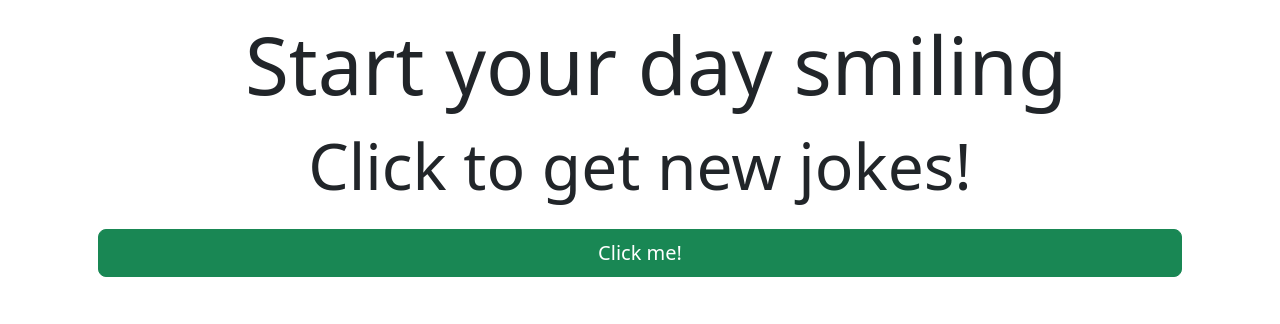
Repository: danieltikamori/wdb
Page: projects/Joke Machine/index.html
An editor plug-in stored every save of this project. The page is shown before and after the next save, followed by the edit.
The browser window is 1280 px wide. The pictures show the whole page.
Some web libraries are served in a nearby version.

Above is the page before, as saved 2023-01-28 18:18:37.
Console error: TypeError: Cannot read properties of null (reading 'querySelector')

After the next save:
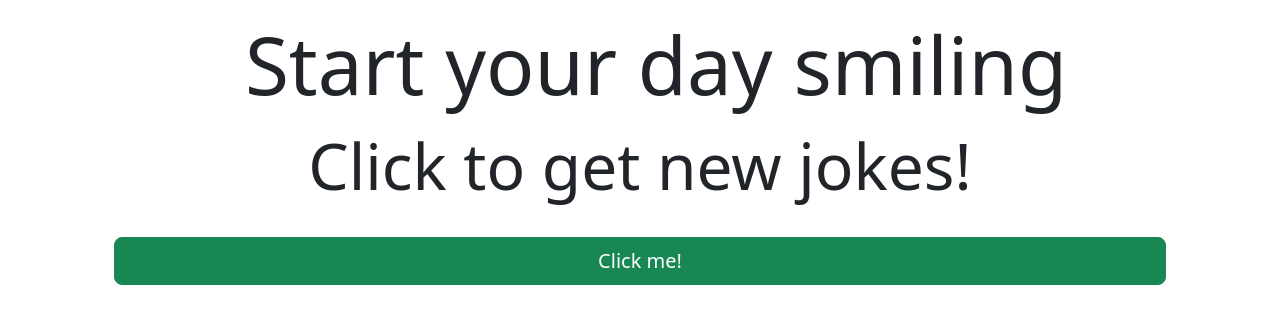
Saved 30 s later.
--- a/projects/Joke Machine/index.html
+++ b/projects/Joke Machine/index.html
@@ -16,7 +16,7 @@
     <div class="container text-center">
       <h1 class="m-3 container-fluid display-1">Start your day smiling</h1>
       <h2 class="container-fluid display-3">Click to get new jokes!</h2>
-      <div class="d-grid gap-2">
+      <div class="d-grid gap-2 m-3">
         <button id="jokeButton" class="btn btn-success btn-lg m-3">
           Click me!
         </button>
